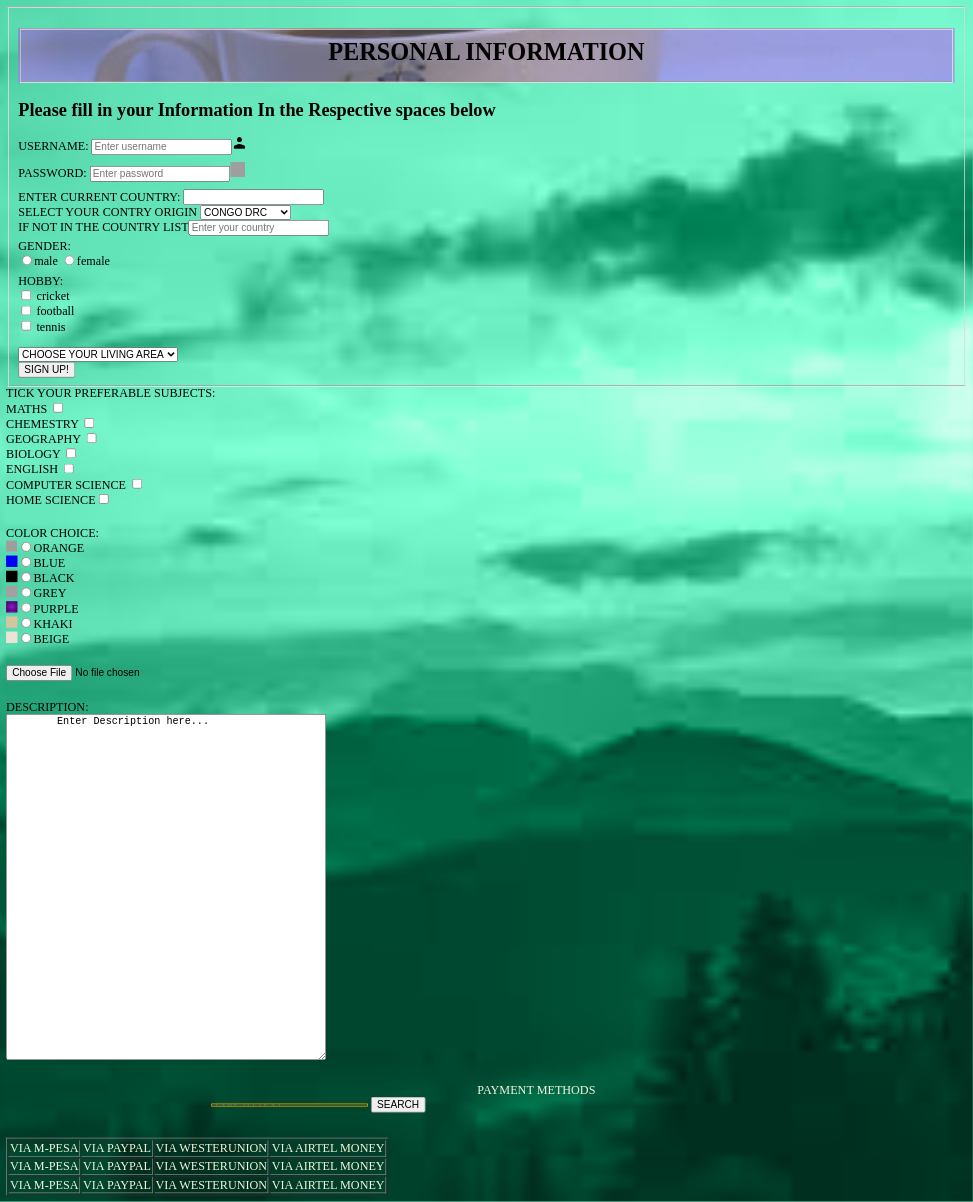
Repository: mirambialex/myform
Page: website/INDEX.HTML
The author's editor kept a copy of each file at every save. The page is drawn from the files as they stood at one save, then again after a run of saves.
The browser window is 1280 px wide. The pictures show the whole page, at 76% of full size.
Pictures or frames that could not be fetched are drawn as grey boxes.

Above is the page before, as saved 2024-04-18 11:04:25.

After the next 2 saves:
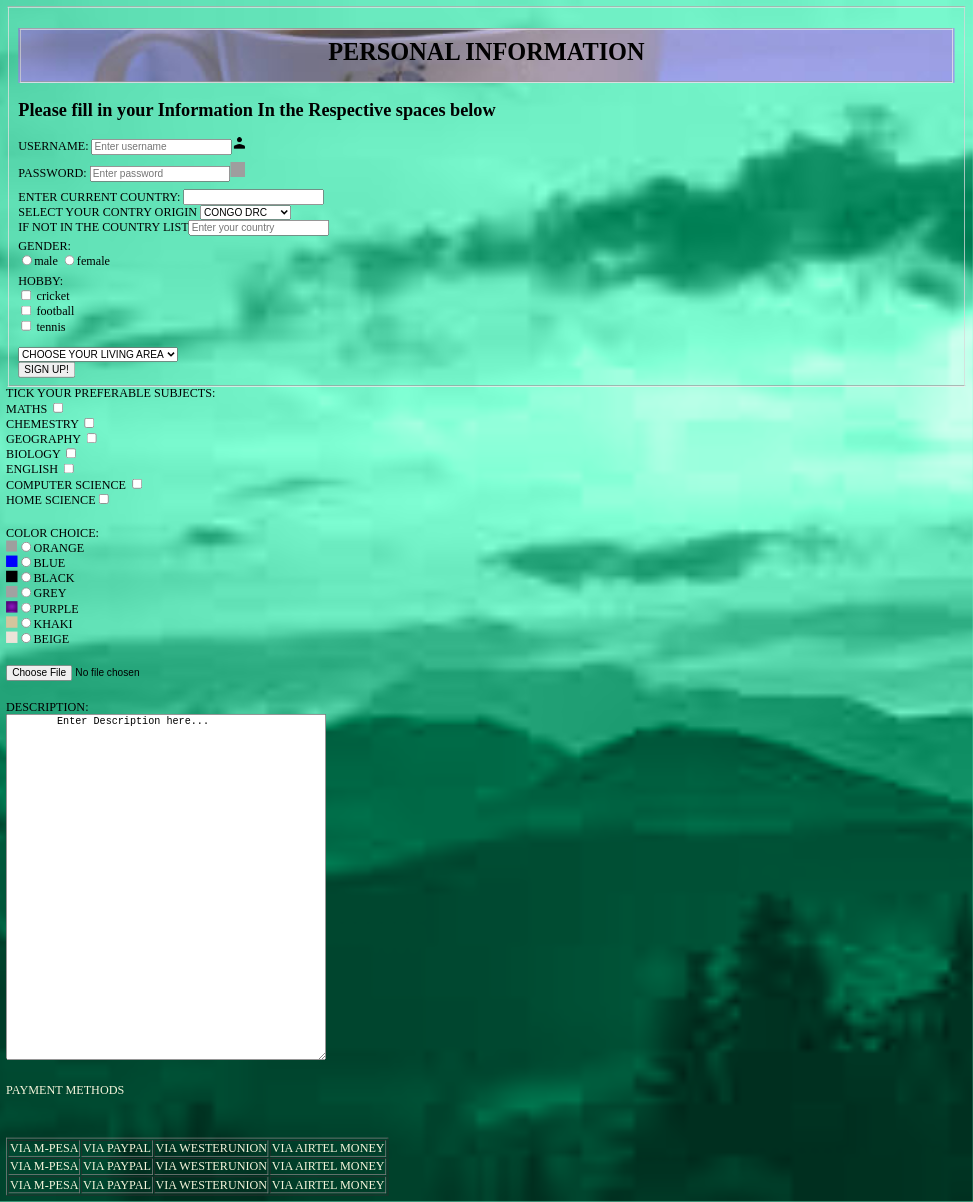
The 2 saves are shown as one change because they came seconds apart.
The last was saved 31 s later.
--- a/website/INDEX.HTML
+++ b/website/INDEX.HTML
@@ -96,10 +96,6 @@ HOBBY:<br>
         Enter Description here...
     </textarea>
 </DIV>
- <DIV class="SEARCH"><BR/>
-    <INPUT class="SRCH""search" NAME="" placeholder="TYPE TO TEXT">
-        <A href="#"><BUtton class="BTN">SEARCH</BUtton></A><BR/>
- </DIV>
 <DIV class="TABLE1">
     <TABle border="1">PAYMENT METHODS<BR/>
     <TR><BR/>
